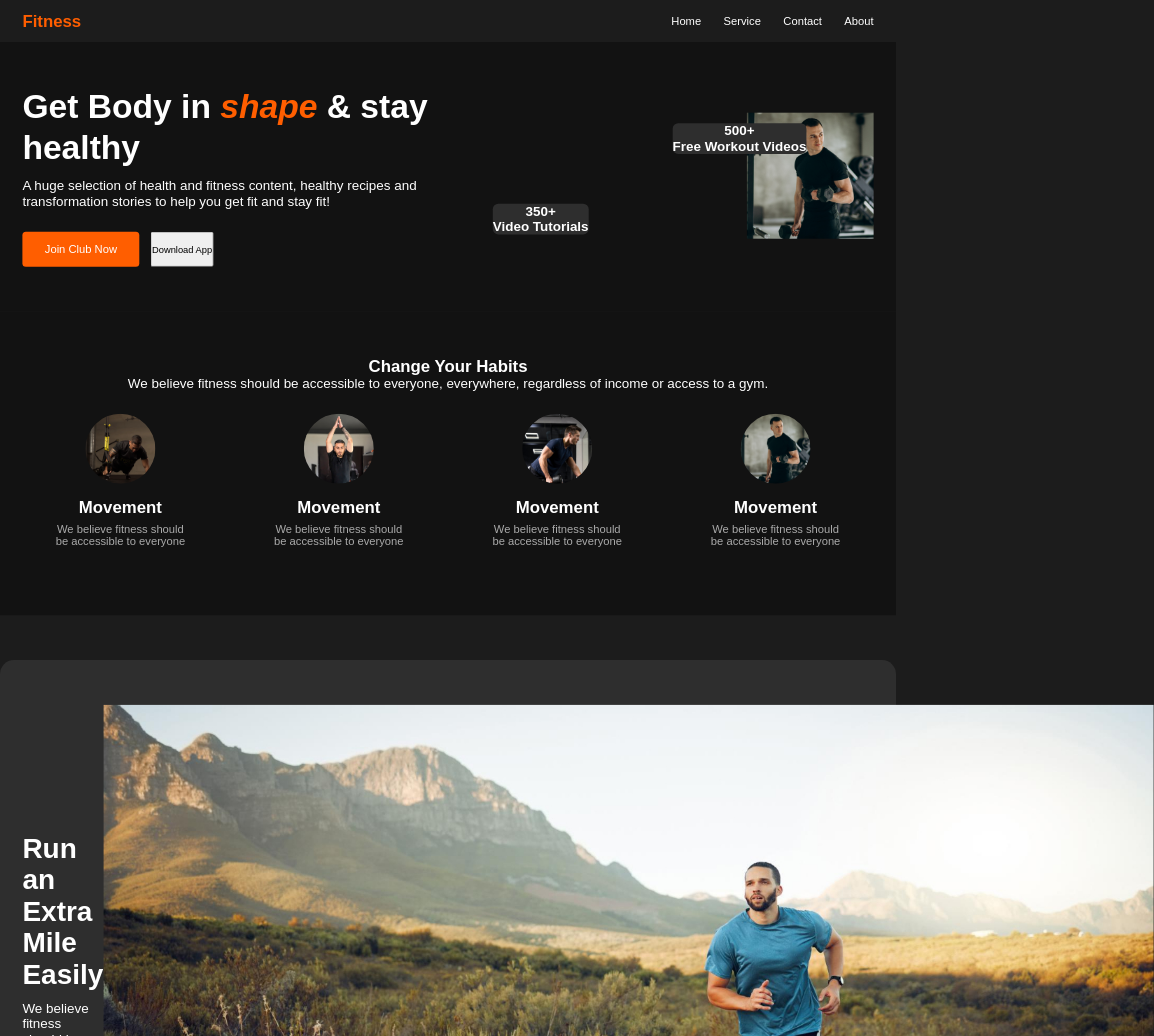
Repository: Aminul-Islam85/Assignment-2
Page: index.html
The author's editor kept a copy of each file at every save. The page is drawn from the files as they stood at one save, then again after the next save.
The browser window is 1280 px wide. The page is 1648 px wide, so the pictures cover 1648 px, including what lies to the right of the window. The pictures show the part of the page from y = 0 to 1480 px (the page is 8912 px tall before and 8916 px after), at 70% of full size.

Above is the page before, as saved 2024-10-23 18:14:30.

After the next save:
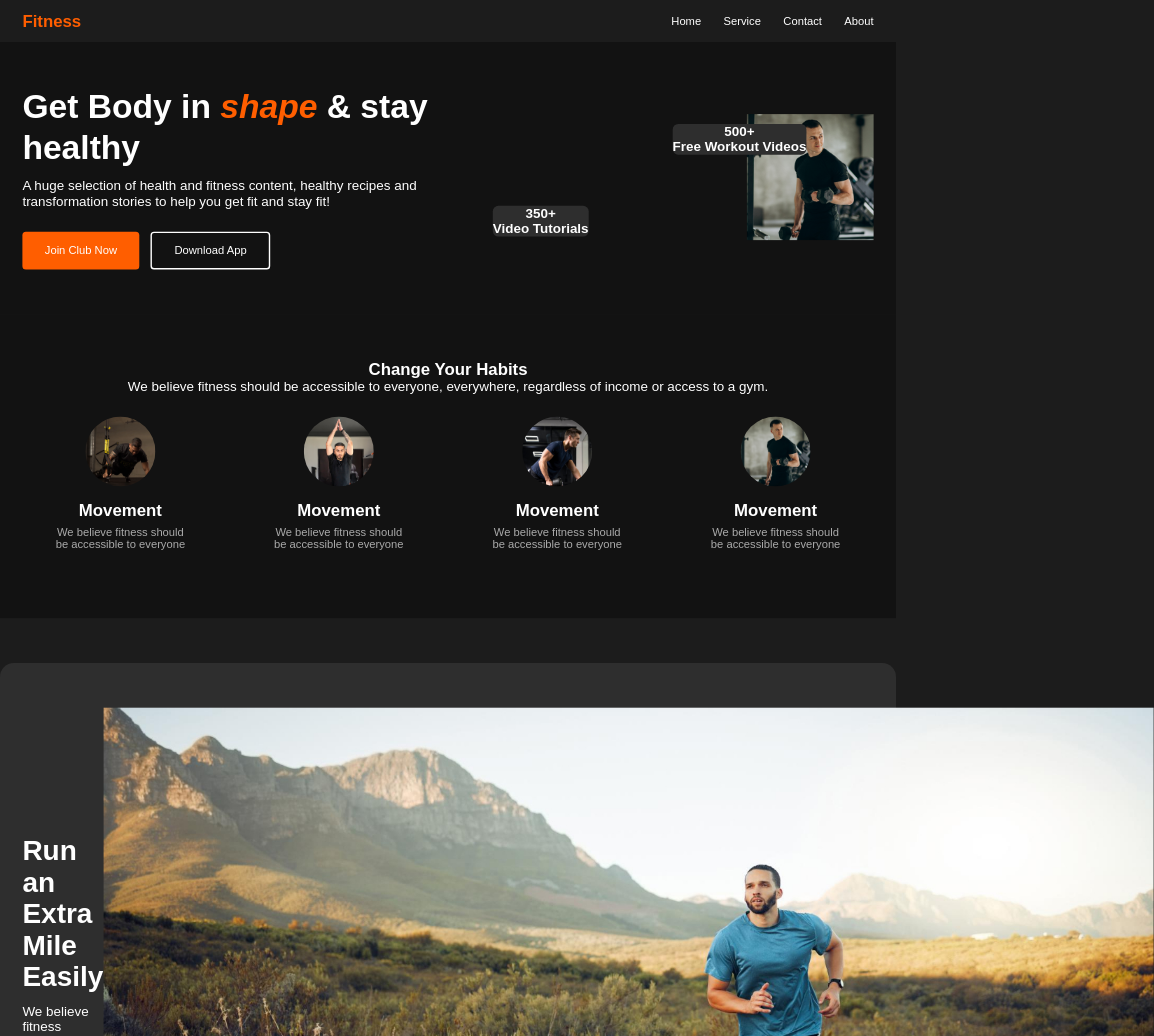
Saved 7 min 59 s later.
--- a/index.html
+++ b/index.html
@@ -29,7 +29,7 @@
             <p>A huge selection of health and fitness content, healthy recipes and transformation stories to help you get fit and stay fit!</p>
             <div class="hero-buttons">
                 <button class="cta-btn join-btn"> Join Club Now</button>
-                <button cta-btn download-btn>Download App</button>
+                <button class="cta-btn download-btn">Download App</button>
             </div>
         </div>
         <div class="hero-image">
